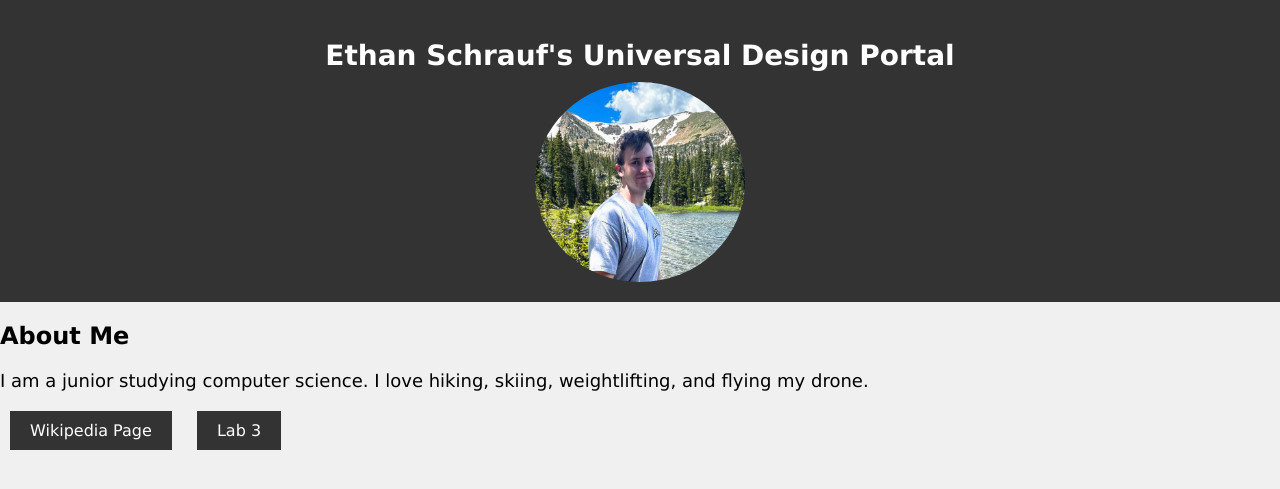
Repository: ethan-schrauf/UniversalDesignWebsite
Page: index.html
The author's editor kept a copy of each file at every save. The page is drawn from the files as they stood at one save, then again after the next save.
The browser window is 1280 px wide. The pictures show the whole page.

Above is the page before, as saved 2023-10-28 02:01:15.

### index.html
<!DOCTYPE html>
<html lang="en">
<head>
    <meta charset="UTF-8">
    <meta name="viewport" content="width=device-width, initial-scale=1.0">
    <title>Universal Design Portal</title>
    <link href="index.css" rel="stylesheet">
</head>
<body>
    <header>
        <h1>Ethan Schrauf's Universal Design Portal</h1>
        <img src="images/IMG_258630A4E789-1.jpeg" alt="Picture of Ethan Schrauf on a hike.">
    </header>

    <section>
        <h2>About Me</h2>
        <p>I am a junior studying computer science. I love hiking, skiing, weightlifting, and flying my drone.</p>
    </section>

        <form style = "display: inline;" action="https://ethan-schrauf.github.io/UniversalDesignWebsite/wikipedia.html" method="get">
            <button>Wikipedia Page</button>
        </form>

        <form style = "display: inline;" action="https://ethan-schrauf.github.io/UniversalDesignWebsite/lab3.html" method="get">
            <button>Lab 3</button>
        </form>
</body>
</html>

### index.css
.sr-only {
    border: 0;
    clip: rect(0, 0, 0, 0);
    height: 1px;
    margin: -1px;
    overflow: hidden;
    padding: 0;
    position: absolute;
    white-space: nowrap;
    width: 1px;

  }

body {
    font-family: Verdana, sans-serif;
    margin: 0;
    padding: 0;
    background-color: #f0f0f0;
}

header {
    text-align: center;
    background-color: #333;
    color: #fff;
    padding: 20px 0;
}

h1 {
    font-size: 28px;
    margin-bottom: 10px;
}

img {
    border-radius: 50%;
    width: 210px;
    height: 200px;
    display: block;
    margin: 0 auto;
}

h2 {
    font-size: 24px;
    margin-top: 20px;
}

p {
    font-size: 18px;
    margin: 10px 0;
}

button {
    font-family: Verdana, sans-serif;
    font-size: 16px;
    background-color: #333;
    color: #fff;
    border: none;
    padding: 10px 20px;
    margin: 10px;
    cursor: pointer;
}

After the next save:
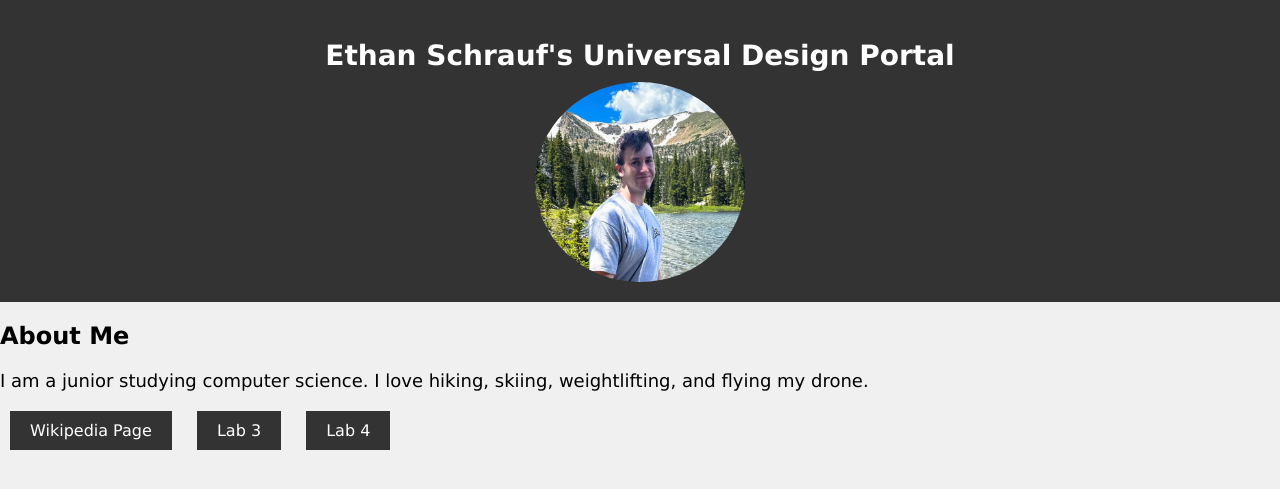
Saved 49 s later.
--- a/index.html
+++ b/index.html
@@ -24,5 +24,9 @@
         <form style = "display: inline;" action="https://ethan-schrauf.github.io/UniversalDesignWebsite/lab3.html" method="get">
             <button>Lab 3</button>
         </form>
+
+        <form style = "display: inline;" action="https://ethan-schrauf.github.io/UniversalDesignWebsite/lab4.html" method="get">
+            <button>Lab 4</button>
+        </form>
 </body>
 </html>
